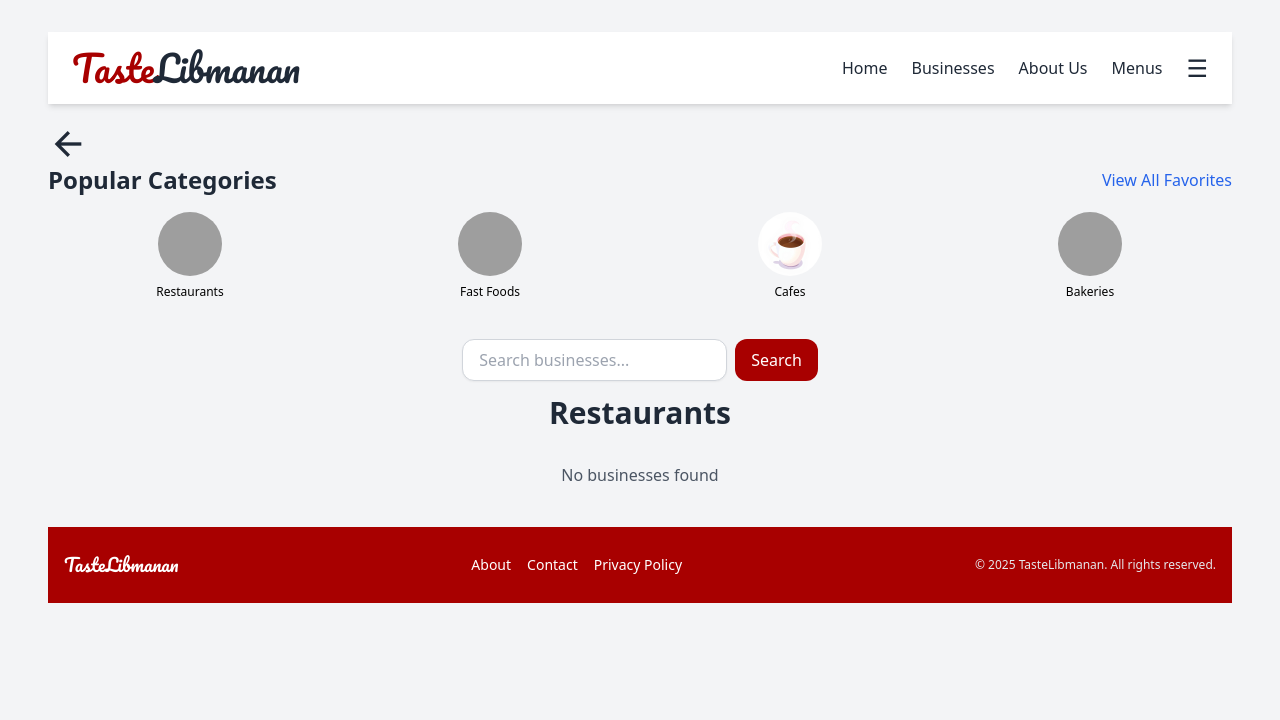
Repository: JomsCode21/Food-Mapping-and-Analytics
Page: http://localhost/tastelibmanan/fbusinessowner/categories.php?cat=restaurants
The author's editor kept a copy of each file at every save. The page is drawn from the files as they stood at one save, then again after the next save.
The browser window is 1280 px wide. The pictures show the whole page.
Pictures or frames that could not be fetched are drawn as grey boxes. Some web libraries are served in a nearby version. The page is run by PHP 8.4 with error messages shown; the project is at /var/www/html/. The database holds what the project's SQL file puts in it.

Above is the page before, as saved 2025-08-02 12:50:24.
Console error: ReferenceError: categories is not defined

### fbusinessowner/categories.php
<?php
require_once '../db_con.php';
$cat = isset($_GET['cat']) ? $_GET['cat'] : '';

$category_map = [
    'restaurants' => 'Restaurant',
    'fastfoods' => 'Fastfood',
    'cafes' => 'Cafe',
    'bakery' => 'Bakery'
];

$businesses = [];
if (isset($category_map[$cat])) {
    $type = $category_map[$cat];
    $stmt = $conn->prepare("
    SELECT fb_name, fb_address, fb_photo, user_id
    FROM fb_owner
    WHERE fb_type = ?
      AND fbowner_id = (
        SELECT MAX(fbowner_id)
        FROM fb_owner
        WHERE user_id = fb_owner.user_id
      )
    ORDER BY fb_name
");
$stmt->bind_param("s", $type);
$stmt->execute();
$result = $stmt->get_result();
while ($row = $result->fetch_assoc()) {
    $businesses[] = $row;
}
$stmt->close();
}
?>

<!DOCTYPE html>
<html lang="en">
<head>
  <meta charset="UTF-8">
  <title>Category</title>
  <script src="https://cdn.tailwindcss.com"></script>
  <!-- Load TailwindCSS -->
  <script src="https://cdn.tailwindcss.com"></script>

  <!-- Tailwind Custom Config -->
  <script>
    tailwind.config = {
      theme: {
        extend: {
          colors: { primary: "#A80000", secondary: "#FF6B00" },
          borderRadius: {
            none: "0px",
            sm: "4px",
            DEFAULT: "8px",
            md: "12px",
            lg: "16px",
            xl: "20px",
            "2xl": "24px",
            "3xl": "32px",
            full: "9999px",
            button: "8px",
          },
        },
      },
    }
  </script>

  <script defer>

  function getCategoryFromUrl() {
    const params = new URLSearchParams(window.location.search);
    return params.get('cat');
  }

  function loadCategory() {
    const category = getCategoryFromUrl();
    const categories = {
      restaurants: {
        title: "Restaurants",

      },
      fastfoods: {
        title: "Fast Foods",

      },
      cafes: {
        title: "Cafes",

      },
      bakery: {
        title: "Bakeries",

      }
    };

    const data = categories[category];

    if (data) {
      document.getElementById('category-title').textContent = data.title;
      const container = document.getElementById('business-list');
      container.innerHTML = ""; // Clear previous content

      data.businesses.forEach(business => {
        const card = `
          <div class="bg-white shadow-lg rounded-lg overflow-hidden hover:shadow-xl transition-shadow duration-300">
            <img src="${business.image}" alt="${business.name}" class="w-full h-32 object-cover">
            <div class="p-4">
              <h4 class="font-semibold text-lg">${business.name}<br>${business.rank ? business.rank : ''}</h4>
              <div class="flex items-center space-x-2 mt-2">
                <span class="text-yellow-500">★★★★★</span>
                <span class="text-gray-600">${business.location}</span>
              </div>
              <div class="flex justify-between items-center mt-3">
                <a href="businessdetails.html?name=${encodeURIComponent(business.name)}" class="text-primary transition-transform duration-200 hover:scale-110">View Details</a>
                <!-- Heart Icon -->
                <button class="favorite-btn text-gray-600 hover:text-red-500">
                  <i class="ri-heart-line text-2xl"></i>
                </button>
              </div>
            </div>
          </div>
        `;
        container.innerHTML += card;
      });

      // Heart click functionality
      const heartButtons = document.querySelectorAll('.favorite-btn');
      heartButtons.forEach(button => {
        button.addEventListener('click', function () {
          const heartIcon = this.querySelector('i');
          if (heartIcon.classList.contains('ri-heart-line')) {
            heartIcon.classList.remove('ri-heart-line');
            heartIcon.classList.add('ri-heart-fill');
            heartIcon.style.color = 'red'; // Change color to red when filled
          } else {
            heartIcon.classList.remove('ri-heart-fill');
            heartIcon.classList.add('ri-heart-line');
            heartIcon.style.color = ''; // Revert color to default
          }
        });
      });

    } else {
      document.getElementById('category-title').textContent = "Please select a category icon above";
      document.getElementById('business-list').innerHTML = `<p class="text-center text-gray-600">No businesses found</p>`;
    }
  }
</script>
   <link rel="stylesheet" href="https://cdnjs.cloudflare.com/ajax/libs/remixicon/4.6.0/remixicon.min.css" />

   <script src="https://kit.fontawesome.com/YOUR_KIT_CODE.js" crossorigin="anonymous"></script>

   <!-- Google Fonts -->
   <link rel="preconnect" href="https://fonts.googleapis.com" />
   <link rel="preconnect" href="https://fonts.gstatic.com" crossorigin />
   <link href="https://fonts.googleapis.com/css2?family=Pacifico&display=swap" rel="stylesheet" />
   <link href="https://fonts.googleapis.com/css2?family=Inter:wght@300;400;500;600;700&display=swap" rel="stylesheet"/>

   <!-- Remix Icons -->
   <link rel="stylesheet" href="https://cdnjs.cloudflare.com/ajax/libs/remixicon/4.6.0/remixicon.min.css" />
 </head>

<body class="bg-gray-100 px-6 md:px-12 min-h-screen py-8 flex flex-col">
    <nav class="bg-white shadow-md px-6 py-4 flex items-center justify-between no-margin">
        <h1 class="font-['Pacifico'] text-4xl text-primary">Taste<span class="text-gray-800">Libmanan</span></h1>

        <div class="flex items-center space-x-6">
          <!-- Desktop Links -->
          <div class="hidden md:flex space-x-6">
            <a href="user.html" class="text-gray-800 hover:text-primary">Home</a>
            <a href="categories.html" class="text-gray-800 hover:text-primary">Businesses</a>
            <a href="#" class="text-gray-800 hover:text-primary">About Us</a>
            <a href="landing.html" class="text-gray-800 hover:text-primary">Menus</a>
          </div>

          <!-- Hamburger Menu -->
          <div class="relative">
            <button id="hamburger-btn" class="text-gray-800 text-2xl focus:outline-none hover:text-red-500">
              ☰
            </button>

            <!-- Mobile Menu -->
            <div id="mobile-menu" class="hidden absolute right-0 mt-2 w-48 bg-white shadow-lg rounded-lg py-2 z-50 opacity-0 visibility-hidden transition-all duration-300 ease-in-out">
              <a href="user.html" class="block px-4 py-2 text-gray-800 hover:bg-primary hover:text-white">Home</a>
              <a href="categories.html" class="block px-4 py-2 text-gray-800 hover:bg-primary hover:text-white">Businesses</a>
              <a href="#" class="block px-4 py-2 text-gray-800 hover:bg-primary hover:text-white">About Us</a>
              <a href="#" class="block px-4 py-2 text-gray-800 hover:bg-primary hover:text-white">Menus</a>
<a href="../logout.php" class="block px-4 py-2 text-gray-800 hover:bg-primary hover:text-white">Logout</a>            </div>
          </div>
        </div>
     </nav>
     <br>


     <a href="../users/user.php" class="text-gray-800 hover:text-primary">
      <i class="ri-arrow-left-line text-2xl" style="font-size: 40px;"></i>
  </a>

    <!-- Hamburger Menu Script -->
<script>
    const btn = document.getElementById('hamburger-btn');
    const menu = document.getElementById('mobile-menu');
    const menuItems = menu.querySelectorAll('a');


    btn.addEventListener('click', (event) => {
      event.stopPropagation();
      if (menu.classList.contains('hidden')) {
        menu.classList.remove('hidden');
        menu.classList.remove('opacity-0', 'visibility-hidden');
        menu.classList.add('opacity-100', 'visibility-visible');
      } else {
        menu.classList.remove('opacity-100', 'visibility-visible');
        menu.classList.add('opacity-0', 'visibility-hidden');
        setTimeout(() => {
          menu.classList.add('hidden');
        }, 300);
      }
    });

    document.addEventListener('click', (event) => {
      if (!menu.contains(event.target) && !btn.contains(event.target)) {
        menu.classList.remove('opacity-100', 'visibility-visible');
        menu.classList.add('opacity-0', 'visibility-hidden');
        setTimeout(() => {
          menu.classList.add('hidden');
        }, 300);
      }
    });

    menuItems.forEach(item => {
      item.addEventListener('click', (event) => {
        event.stopPropagation();
        menu.classList.remove('opacity-100', 'visibility-visible');
        menu.classList.add('opacity-0', 'visibility-hidden');
        setTimeout(() => {
          menu.classList.add('hidden');
        }, 300);
      });
    });
  </script>

</head>
<body>
  <div class="flex justify-between items-center mb-4">
    <h2 class="text-2xl font-bold text-gray-800">Popular Categories</h2>
    <button onclick="showFavorites()" class="text-blue-600 hover:underline font-medium">View All Favorites</button>
  </div>


    <!-- Main page -->
<div class="grid grid-cols-4 gap-4">
<a href="categories.php?cat=restaurants"class="text-center transform transition-transform duration-300 hover:scale-150">
<div class="w-16 h-16 mx-auto rounded-full overflow-hidden bg-gray-100 mb-2">
  <img src="../vendors/imgsource/restaurants.jpg" alt="Restaurants" class="w-full h-full object-cover">
</div>
<p class="text-xs">Restaurants</p>
</a>

<a href="categories.php?cat=fastfoods"class="text-center transform transition-transform duration-300 hover:scale-150">
<div class="w-16 h-16 mx-auto rounded-full overflow-hidden bg-gray-100 mb-2">
  <img src="../vendors/imgsource/fastfoods.jpg" alt="Fast Foods" class="w-full h-full object-cover">
</div>
<p class="text-xs">Fast Foods</p>
</a>

<a href="categories.php?cat=cafes" class="text-center transform transition-transform duration-300 hover:scale-150">
<div class="w-16 h-16 mx-auto rounded-full overflow-hidden bg-gray-100 mb-2">
  <img src="../vendors/imgsource/cafes.jpg" alt="Cafes" class="w-full h-full object-cover">
</div>
<p class="text-xs">Cafes</p>
</a>

<a href="categories.php?cat=bakery" class="text-center transform transition-transform duration-300 hover:scale-150">
<div class="w-16 h-16 mx-auto rounded-full overflow-hidden bg-gray-100 mb-2">
  <img src="../vendors/imgsource/bakeries.jpg" alt="Bakery" class="w-full h-full object-cover">
</div>
<p class="text-xs">Bakeries</p>
</a>
</div>
<br>
<!-- Search Bar -->
<div class="mb-6 max-w-lg mx-auto" style="margin-top: 15px; margin-bottom: -10px;">
  <div class="flex">
    <input
      type="text"
      id="search-bar"
      placeholder="Search businesses..."
      class="w-full px-4 py-2 bg-white border border-gray-300 rounded-md shadow-sm focus:outline-none focus:ring-2 focus:ring-primary"
      oninput="filterBusinesses()"
    />
    <button
      id="search-button"
      class="ml-2 px-4 py-2 bg-primary text-white font-medium rounded-md hover:scale-105 transition-transform duration-200"
    >
      Search
    </button>
  </div>
</div>


<br>
  <div class="text-center mb-8">
  <h1 id="category-title" class="text-3xl font-bold text-gray-800">
    <?php
      echo isset($category_map[$cat]) ? htmlspecialchars(ucfirst($cat)) : "Please select a category icon above";
    ?>
  </h1>
</div>

<div id="business-list" class="grid grid-cols-2 sm:grid-cols-3 md:grid-cols-4 gap-6">
  <?php if (!empty($businesses)): ?>
    <?php foreach ($businesses as $index => $biz): ?>
      <div class="bg-white shadow-lg rounded-lg overflow-hidden hover:shadow-xl transition-shadow duration-300">
        <img src="<?php echo htmlspecialchars($biz['fb_photo'] ?: '../imgsource/default.jpg'); ?>" alt="<?php echo htmlspecialchars($biz['fb_name']); ?>" class="w-full h-32 object-cover">
        <div class="p-4">
          <h4 class="font-semibold text-lg"><?php echo htmlspecialchars($biz['fb_name']); ?><br>
            <span class="text-sm text-gray-500">Top <?php echo $index + 1; ?></span>
          </h4>
          <div class="flex items-center space-x-2 mt-2">
            <span class="text-yellow-500">★★★★★</span>
            <span class="text-gray-600"><?php echo htmlspecialchars($biz['fb_address']); ?></span>
          </div>
          <div class="flex justify-between items-center mt-3">
            <a href="businessdetails.php?user_id=<?php echo urlencode($biz['user_id']); ?>" class="text-primary transition-transform duration-200 hover:scale-110">View Details</a>
            <!-- Heart Icon -->
            <button class="favorite-btn text-gray-600 hover:text-red-500">
              <i class="ri-heart-line text-2xl"></i>
            </button>
          </div>
        </div>
      </div>
    <?php endforeach; ?>
  <?php elseif(isset($category_map[$cat])): ?>
    <p class="text-center text-gray-600 col-span-4">No businesses found</p>
  <?php endif; ?>
</div>
  </div>
<footer class="bg-primary text-white mt-10 px-4 py-6">
  <div class="max-w-7xl mx-auto flex flex-col md:flex-row justify-between items-center space-y-4 md:space-y-0">
      <h1 class="font-['Pacifico'] text-lg">
        Taste<span class="text-white font-light">Libmanan</span>
      </h1>
      <div class="flex space-x-4 text-sm">
        <a href="#" class="hover:underline">About</a>
        <a href="#" class="hover:underline">Contact</a>
        <a href="#" class="hover:underline">Privacy Policy</a>
      </div>
      <p class="text-xs text-gray-200">&copy; 2025 TasteLibmanan. All rights reserved.</p>
    </div>
  </footer>
  <!-- Favorites Modal Overlay -->
<div id="favoritesModal" class="fixed inset-0 bg-black bg-opacity-50 hidden items-center justify-center z-50">
  <div class="bg-white rounded-lg shadow-lg w-11/12 max-w-md p-6 relative">
    <button onclick="hideFavorites()" class="absolute top-2 right-2 text-gray-500 hover:text-black">
      <i class="ri-close-line text-2xl"></i>
    </button>
    <h3 class="text-xl font-bold mb-4">Your Favorite Businesses</h3>
    <ul id="favoritesList" class="space-y-2 max-h-60 overflow-y-auto">
      <!-- Favorites will be listed here -->
    </ul>
  </div>
</div>

<script>
  const favoriteBusinesses = [];

  function getCategoryFromUrl() {
    const params = new URLSearchParams(window.location.search);
    return params.get('cat');
  }
window.addEventListener('load', function() {
    // Refresh every 5 seconds or when coming back to page
    setInterval(refreshCategory, 5000);
});

window.addEventListener('pageshow', function(event) {
    if (event.persisted) {
        refreshCategory();
    }
});
    const data = categories[category];

    if (data) {
      document.getElementById('category-title').textContent = data.title;
      const container = document.getElementById('business-list');
      container.innerHTML = "";

      data.businesses.forEach(business => {
        const card = `
          <div class="bg-white shadow-lg rounded-lg overflow-hidden hover:shadow-xl transition-shadow duration-300">
            <img src="${business.image}" alt="${business.name}" class="w-full h-32 object-cover">
            <div class="p-4">
              <h4 class="font-semibold text-lg">${business.name}</h4>
              <div class="flex items-center space-x-2 mt-2">
                <span class="text-yellow-500">★★★★★</span>
                <span class="text-gray-600">${business.location}</span>
              </div>
              <div class="flex justify-between items-center mt-3">
                <a href="businessdetails.html?name=${encodeURIComponent(business.name)}" class="text-primary transition-transform duration-200 hover:scale-110">View Details</a>
                <button class="favorite-btn text-gray-600 hover:text-red-500">
                  <i class="ri-heart-line text-2xl"></i>
                </button>
              </div>
            </div>
          </div>
        `;
        container.innerHTML += card;
      });

      const heartButtons = document.querySelectorAll('.favorite-btn');
      heartButtons.forEach(button => {
        button.addEventListener('click', function () {
          const heartIcon = this.querySelector('i');
          const card = this.closest('.bg-white');
          const name = card.querySelector('h4').textContent.trim();
          const location = card.querySelector('span.text-gray-600').textContent;
          const image = card.querySelector('img').src;

          if (heartIcon.classList.contains('ri-heart-line')) {
            heartIcon.classList.remove('ri-heart-line');
            heartIcon.classList.add('ri-heart-fill');
            heartIcon.style.color = 'red';

            if (!favoriteBusinesses.some(b => b.name === name)) {
              favoriteBusinesses.push({ name, location, image });
            }
          } else {
            heartIcon.classList.remove('ri-heart-fill');
            heartIcon.classList.add('ri-heart-line');
            heartIcon.style.color = '';

            const index = favoriteBusinesses.findIndex(b => b.name === name);
            if (index !== -1) favoriteBusinesses.splice(index, 1);
          }
        });
      });
    } else {
      document.getElementById('category-title').textContent = "Please select a category icon above";
      document.getElementById('business-list').innerHTML = `<p class="text-center text-gray-600">No businesses found</p>`;
    }


  function showFavorites() {
    const modal = document.getElementById('favoritesModal');
    const list = document.getElementById('favoritesList');
    list.innerHTML = '';

    if (favoriteBusinesses.length === 0) {
      list.innerHTML = '<li class="text-gray-600">No favorites added yet.</li>';
    } else {
      favoriteBusinesses.forEach(biz => {
        const item = document.createElement('li');
        item.innerHTML = `
          <div class="flex items-center space-x-3">
            <img src="${biz.image}" alt="${biz.name}" class="w-12 h-12 object-cover rounded">
            <div>
              <p class="font-semibold">${biz.name}</p>
              <p class="text-sm text-gray-500">${biz.location}</p>
            </div>
          </div>
        `;
        list.appendChild(item);
      });
    }

    modal.classList.remove('hidden');
    modal.classList.add('flex');
  }

  function hideFavorites() {
    const modal = document.getElementById('favoritesModal');
    modal.classList.remove('flex');
    modal.classList.add('hidden');
  }

   function refreshCategory() {
    const currentUrl = new URL(window.location.href);
    fetch(currentUrl)
        .then(response => response.text())
        .then(html => {
            const parser = new DOMParser();
            const doc = parser.parseFromString(html, 'text/html');
            const newList = doc.getElementById('business-list');
            if (newList) {
                document.getElementById('business-list').innerHTML = newList.innerHTML;
            }
        })
        .catch(error => console.error('Error refreshing category:', error));
}
</script>

</body>
</html>

### db_con.php
<?php
$host = 'localhost';
$dbname = 'TASTELIBMANAN';
$username = 'root';
$password = '';

// Create connection
$conn = new mysqli($host, $username, $password, $dbname);

// Check connection
if ($conn->connect_error) {
    die("Connection failed: " . $conn->connect_error);
}

// No need to close the connection here.  It will be closed at the end of the script that includes this file, or automatically when the script finishes.
?>

### TASTELIBMANAN.sql (the tables this page reads)
CREATE TABLE `fb_owner` (
  `fbowner_id` int(100) NOT NULL,
  `user_id` int(11) DEFAULT NULL,
  `fb_name` varchar(255) NOT NULL,
  `fb_type` varchar(255) NOT NULL,
  `fb_description` text NOT NULL,
  `fb_phone_number` varchar(255) NOT NULL,
  `fb_email_address` varchar(255) NOT NULL,
  `fb_operating_hours` varchar(255) NOT NULL,
  `fb_address` text NOT NULL,
  `fb_photo` varchar(255) DEFAULT NULL,
  `fb_latitude` varchar(255) DEFAULT NULL,
  `fb_longitude` varchar(255) DEFAULT NULL,
  `fb_status` varchar(255) DEFAULT NULL
) ENGINE=InnoDB DEFAULT CHARSET=utf8mb4 COLLATE=utf8mb4_general_ci;

INSERT INTO `fb_owner` (`fbowner_id`, `user_id`, `fb_name`, `fb_type`, `fb_description`, `fb_phone_number`, `fb_email_address`, `fb_operating_hours`, `fb_address`, `fb_photo`, `fb_latitude`, `fb_longitude`, `fb_status`) VALUES
(36, 39, '8 tea trip cafe', 'Cafe', 'ugh siram', '09123456789', '8teatripcafe@gmail.com', '4pm-5am', 'Poblacion', '../uploads/business_photo/8_tea_trip_cafe/68c4f1e512d95_8teatripcafe.jpg', '13.692872', '123.060088', 'open'),
(37, 38, 'Liter\'s Cafe', 'Cafe', 'sarap', '09123456789', 'liters@gmail.com', '9am-9pm', 'Poblacion', '../uploads/business_photo/688dbc9075204_liters.jpg', NULL, NULL, 'open'),
(38, 41, 'Bigbrew', 'Cafe', 'Brewed coffee', '09123456789', 'bigbrew@gmail.com', '8am - 10pm', 'Poblacion', '../uploads/business_photo/68ba31eabe4b6_bigbrew.png', '13.6930549', '123.0612091', 'open'),
(39, 42, 'Tata Tiama Restaurant', 'Restaurant', 'Kakanan sa Centro kan Libmanan', '09123456789', 'tiama@gmail.com', '7:00 AM - 7:00 PM', 'Poblacion', '../uploads/business_photo/688de33f5a84e_tatatiama.jpg', NULL, NULL, NULL),
(47, 28, 'Miggys Grill House', 'Restaurant', 'Grill House', '09123456789', 'miggys@gmail.com', '9am-9pm', 'Poblacion', '../uploads/business_photo/6891dd9a6ed35_miggys.jpg', '13.6936579', '123.0601746', 'closed'),
(48, 45, '3N Bakery', 'Bakery', '3n no#1 Bakery in Libmanan', '09123456789', '3n@gmail.com', '7:00 AM - 7:00 PM', 'Poblacion', '../uploads/business_photo/6891d27526d7a_3n.jpg', '13.6793167', '123.0392057', 'open'),
(49, 46, 'Bakers Plaza', 'Bakery', 'Bakers', '09123456789', 'bakersplaza@gmail.com', '7:00 AM - 7:00 PM', 'Libod 1', '../uploads/business_photo/6891d3b00737e_bakersplaza.jpg', '13.6941162', '123.061928', NULL),
(51, 43, 'Rekados', 'Restaurant', 'rekados eatery', '09123456789', 'rekados@gmail.com', '7:00 AM - 10:00 PM', 'Libod 1', '../uploads/business_photo/6891d8e57021a_rekados.jpg', NULL, NULL, 'open'),
(53, 48, 'Kap Oni Samgyupsal House', 'Fastfood', 'Samgyupsalan', '09123456789', 'kaponis@gmail.com', '7:00 AM - 7:00 PM', 'Libod 1', '../uploads/business_photo/6891ea047ce6d_kaponi.jpg', NULL, NULL, 'closed'),
(54, 44, 'Atlantic Bakery', 'Bakery', 'Bakery', '09123456789', 'atlantic@gmail.com', '7:00 AM - 7:00 PM', 'Poblacion', '../uploads/business_photo/6892b4d5d6ef6_atlantic.jpg', '13.6928828', '123.0618173', 'closed');

ALTER TABLE `fb_owner`
  ADD PRIMARY KEY (`fbowner_id`),
  ADD UNIQUE KEY `user_id` (`user_id`),
  ADD KEY `fk_fbowner_user_id` (`user_id`);

ALTER TABLE `fb_owner`
  MODIFY `fbowner_id` int(100) NOT NULL AUTO_INCREMENT, AUTO_INCREMENT=55;

ALTER TABLE `fb_owner`
  ADD CONSTRAINT `fk_fbowner_user_id` FOREIGN KEY (`user_id`) REFERENCES `accounts` (`user_id`) ON DELETE CASCADE ON UPDATE CASCADE;

After the next save:
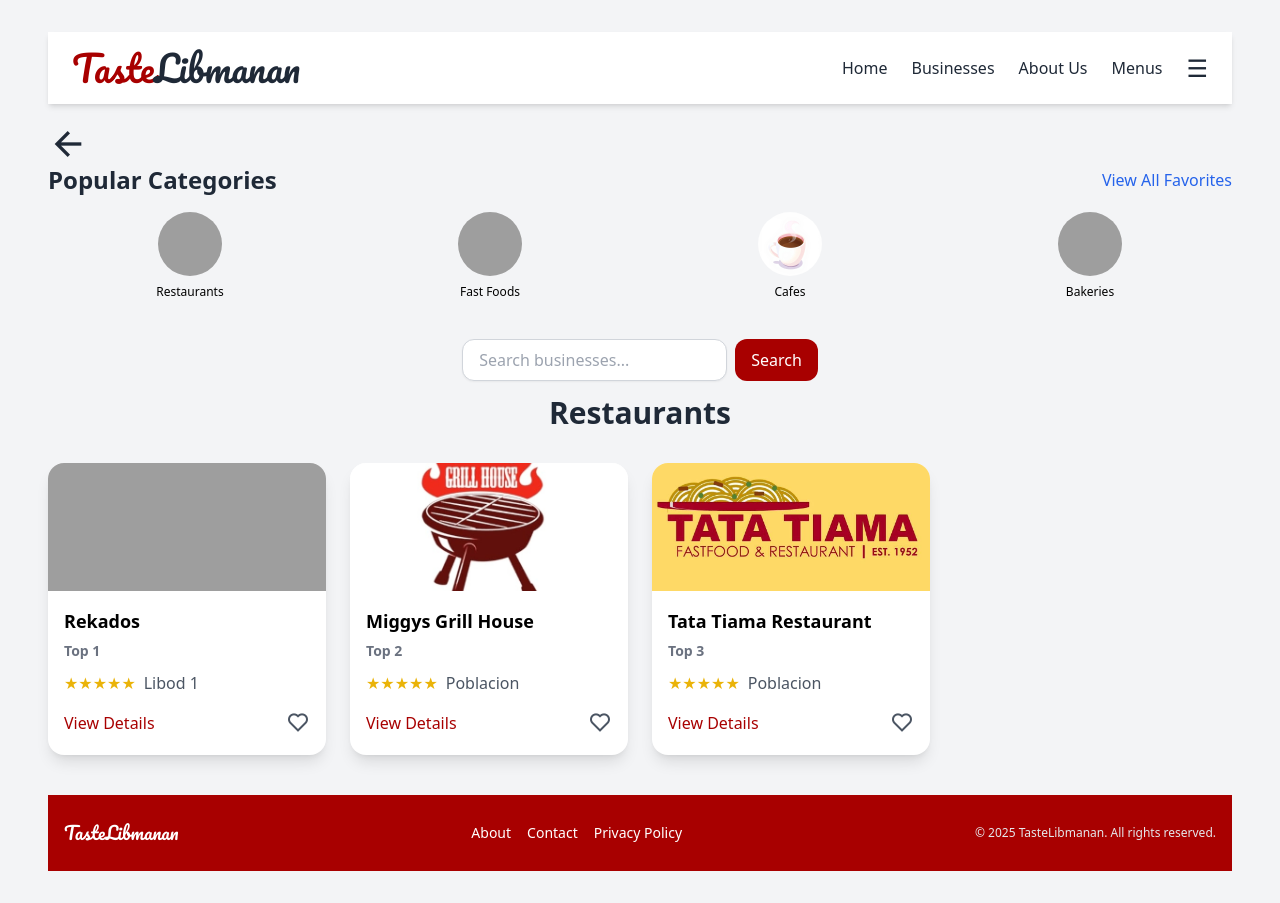
Saved 23 min 18 s later.
--- a/fbusinessowner/categories.php
+++ b/fbusinessowner/categories.php
@@ -16,12 +16,7 @@ if (isset($category_map[$cat])) {
     SELECT fb_name, fb_address, fb_photo, user_id
     FROM fb_owner
     WHERE fb_type = ?
-      AND fbowner_id = (
-        SELECT MAX(fbowner_id)
-        FROM fb_owner
-        WHERE user_id = fb_owner.user_id
-      )
-    ORDER BY fb_name
+    ORDER BY fbowner_id DESC
 ");
 $stmt->bind_param("s", $type);
 $stmt->execute();
